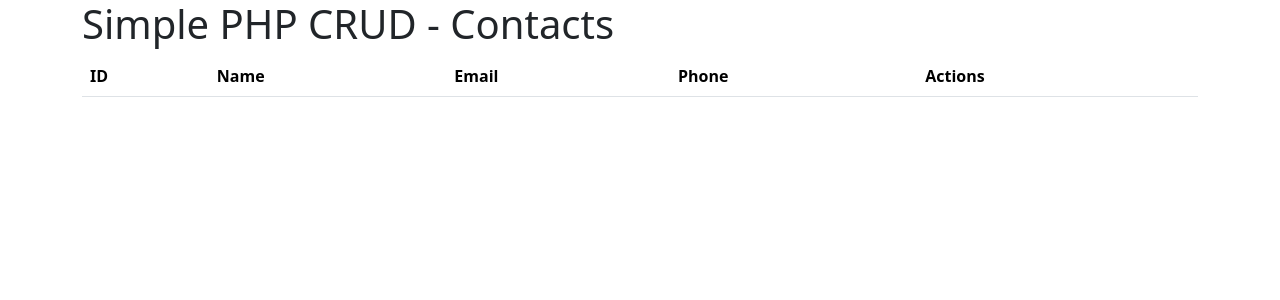
Repository: mennaabdelelhady/PHP-CRUD
Page: http://localhost/
An editor plug-in stored every save of this project. The page is shown before and after the next save, followed by the edit.
The browser window is 1280 px wide. The pictures show the whole page.
The page is run by PHP 8.4 with error messages shown; the project is at /var/www/html/.

Above is the page before, as saved 2024-12-30 01:42:23.

### public/index.php
<?php

$title ="Simple PHP CRUD - Contacts";

?>

<!DOCTYPE html>
<html lang="en">
<head>
    <meta charset="UTF-8">
    <meta name="viewport" content="width=device-width, initial-scale=1.0">
    <link href="https://cdn.jsdelivr.net/npm/bootstrap@5.3.3/dist/css/bootstrap.min.css" rel="stylesheet" integrity="sha384-QWTKZyjpPEjISv5WaRU9OFeRpok6YctnYmDr5pNlyT2bRjXh0JMhjY6hW+ALEwIH" crossorigin="anonymous">
    <title><?php echo $title ?></title>
</head>
<body class="container">
    <h1><?php echo $title ?></h1>
    <table class="table">
        <head>
            <tr>
                <th>ID</th>
                <th>Name</th>
                <th>Email</th>
                <th>Phone</th>
                <th>Actions</th>
            </tr>
        </head>
    </table>
</body>
</html>

After the next save:
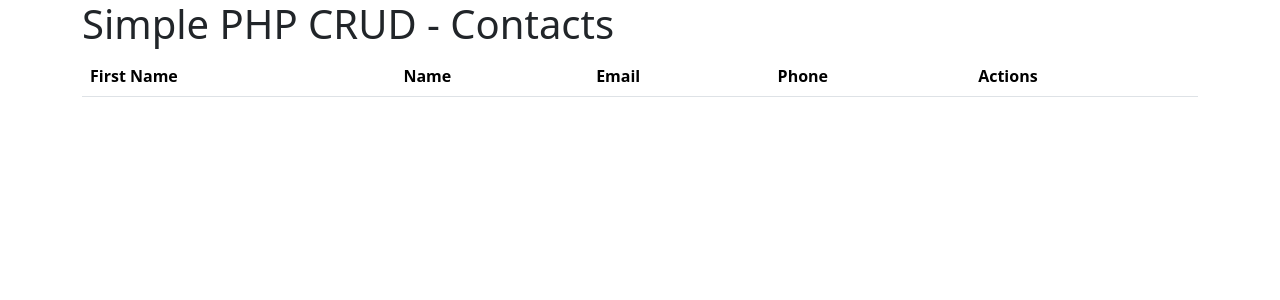
Saved 28 s later.
--- a/public/index.php
+++ b/public/index.php
@@ -17,7 +17,7 @@ $title ="Simple PHP CRUD - Contacts";
     <table class="table">
         <head>
             <tr>
-                <th>ID</th>
+                <th>First Name</th>
                 <th>Name</th>
                 <th>Email</th>
                 <th>Phone</th>
